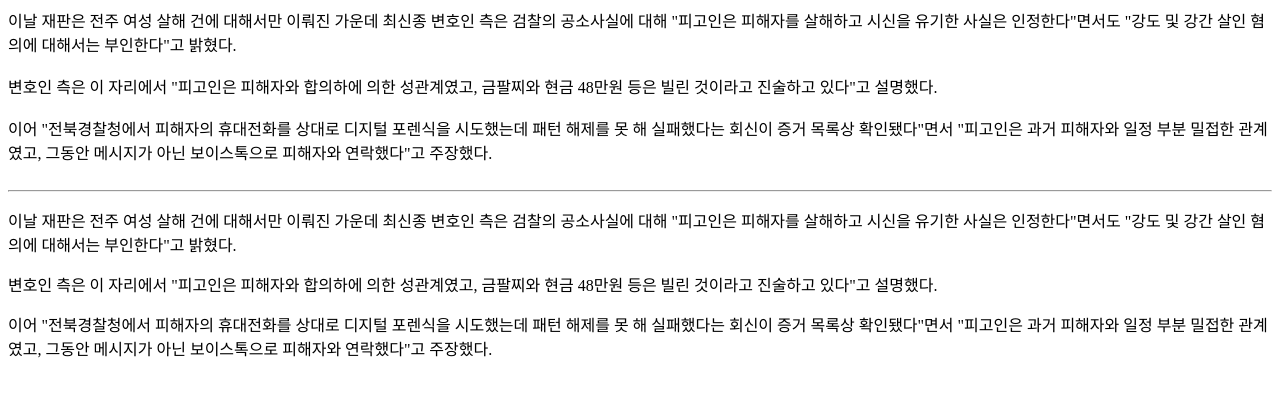
Repository: Chun0903/classStudy_github.io
Page: client/ClientTest/WebContent/ex06_p.html
An editor plug-in stored every save of this project. The page is shown before and after the next save, followed by the edit.
The browser window is 1280 px wide. The pictures show the whole page.

Above is the page before, as saved 2020-06-18 08:14:14.

### client/ClientTest/WebContent/ex06_p.html
<!DOCTYPE html>
<html>
<head>
<meta charset="UTF-8">
<title>Insert title here</title>
</head>
<body>

	<!--

		<p> 태그, paragraph
		- 문단 태그
		- 택스트 집합 생성


	-->
		이날 재판은 전주 여성 살해 건에 대해서만 이뤄진 가운데 최신종 변호인 측은 검찰의 공소사실에 대해 "피고인은 피해자를 살해하고 시신을 유기한 사실은 인정한다"면서도
"강도 및 강간 살인 혐의에 대해서는 부인한다"고 밝혔다.<br><br>

	변호인 측은 이 자리에서 "피고인은 피해자와 합의하에 의한 성관계였고, 금팔찌와 현금 48만원 등은 빌린 것이라고 진술하고 있다"고 설명했다.<br><br>

	이어 "전북경찰청에서 피해자의 휴대전화를 상대로 디지털 포렌식을 시도했는데 패턴 해제를 못 해 실패했다는 회신이 증거 목록상 확인됐다"면서 "피고인은 과거 피해자와 일정 부분 밀접한 관계였고,
그동안 메시지가 아닌 보이스톡으로 피해자와 연락했다"고 주장했다.<br><br>




	<hr>

	<p>이날 재판은 전주 여성 살해 건에 대해서만 이뤄진 가운데 최신종 변호인 측은 검찰의 공소사실에 대해 "피고인은 피해자를 살해하고 시신을 유기한 사실은 인정한다"면서도
"강도 및 강간 살인 혐의에 대해서는 부인한다"고 밝혔다.</p>

	<p>변호인 측은 이 자리에서 "피고인은 피해자와 합의하에 의한 성관계였고, 금팔찌와 현금 48만원 등은 빌린 것이라고 진술하고 있다"고 설명했다.</p>

	<p>이어 "전북경찰청에서 피해자의 휴대전화를 상대로 디지털 포렌식을 시도했는데 패턴 해제를 못 해 실패했다는 회신이 증거 목록상 확인됐다"면서 "피고인은 과거 피해자와 일정 부분 밀접한 관계였고,
그동안 메시지가 아닌 보이스톡으로 피해자와 연락했다"고 주장했다.</p>


</body>
</html>

After the next save:
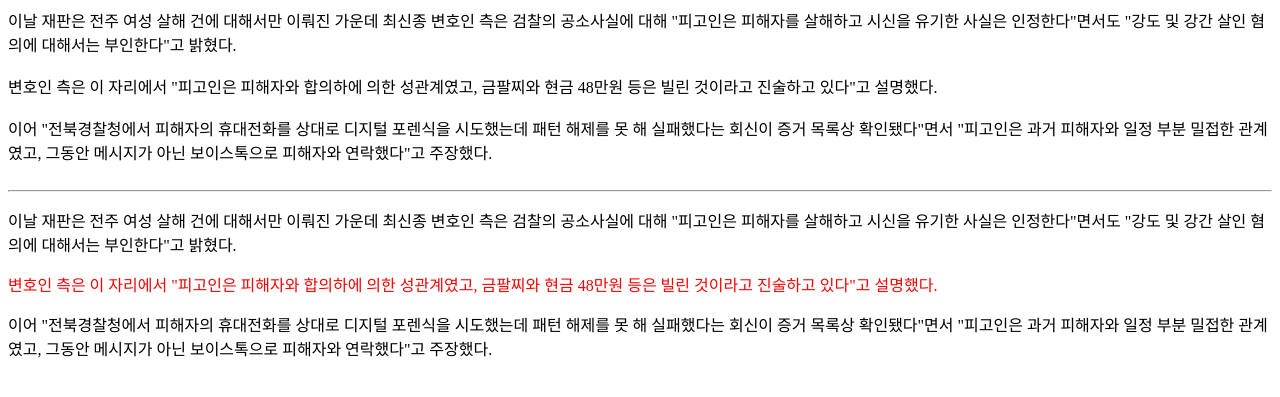
Saved 90 s later.
--- a/client/ClientTest/WebContent/ex06_p.html
+++ b/client/ClientTest/WebContent/ex06_p.html
@@ -30,7 +30,7 @@
 	<p>이날 재판은 전주 여성 살해 건에 대해서만 이뤄진 가운데 최신종 변호인 측은 검찰의 공소사실에 대해 "피고인은 피해자를 살해하고 시신을 유기한 사실은 인정한다"면서도
 "강도 및 강간 살인 혐의에 대해서는 부인한다"고 밝혔다.</p>
 
-	<p>변호인 측은 이 자리에서 "피고인은 피해자와 합의하에 의한 성관계였고, 금팔찌와 현금 48만원 등은 빌린 것이라고 진술하고 있다"고 설명했다.</p>
+	<p style="color:red;">변호인 측은 이 자리에서 "피고인은 피해자와 합의하에 의한 성관계였고, 금팔찌와 현금 48만원 등은 빌린 것이라고 진술하고 있다"고 설명했다.</p>
 
 	<p>이어 "전북경찰청에서 피해자의 휴대전화를 상대로 디지털 포렌식을 시도했는데 패턴 해제를 못 해 실패했다는 회신이 증거 목록상 확인됐다"면서 "피고인은 과거 피해자와 일정 부분 밀접한 관계였고,
 그동안 메시지가 아닌 보이스톡으로 피해자와 연락했다"고 주장했다.</p>
